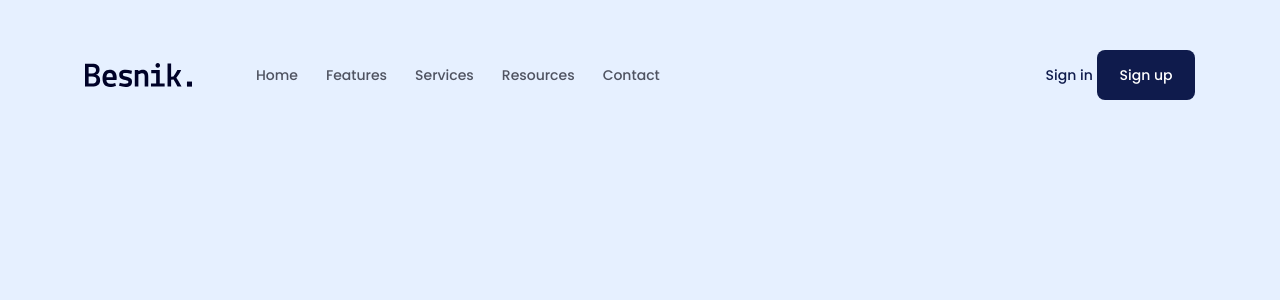
Repository: trungnguyen131/froject-01
Page: index.html
These files come from the project's save history. The page is drawn as it stood at one moment and after a run of saves; the edit follows.
The browser window is 1280 px wide. The pictures show the whole page.

Above is the page before, as saved 2024-02-24 11:38:27.

After the next 2 saves:
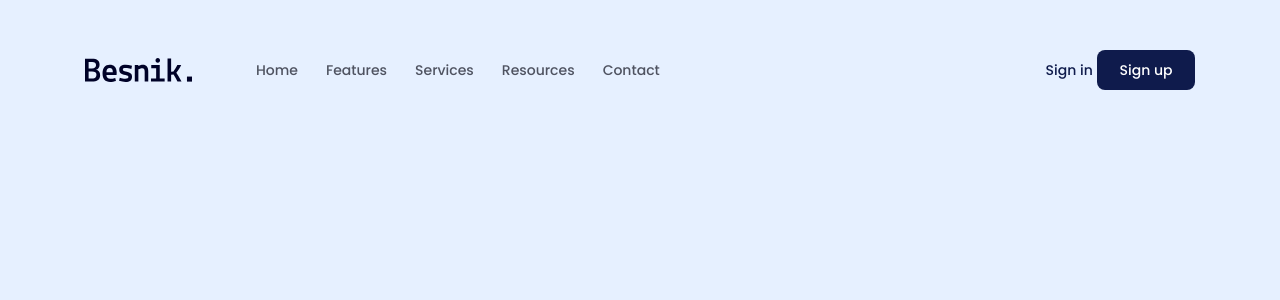
The 2 saves are shown as one change because they came seconds apart.
The last was saved 7 s later.
--- a/assets/css/style.css
+++ b/assets/css/style.css
@@ -66,5 +66,5 @@ a {
 }
 
 .navbar .action-btn {
-    padding: ;
+    padding: 13px 16px;
 }
